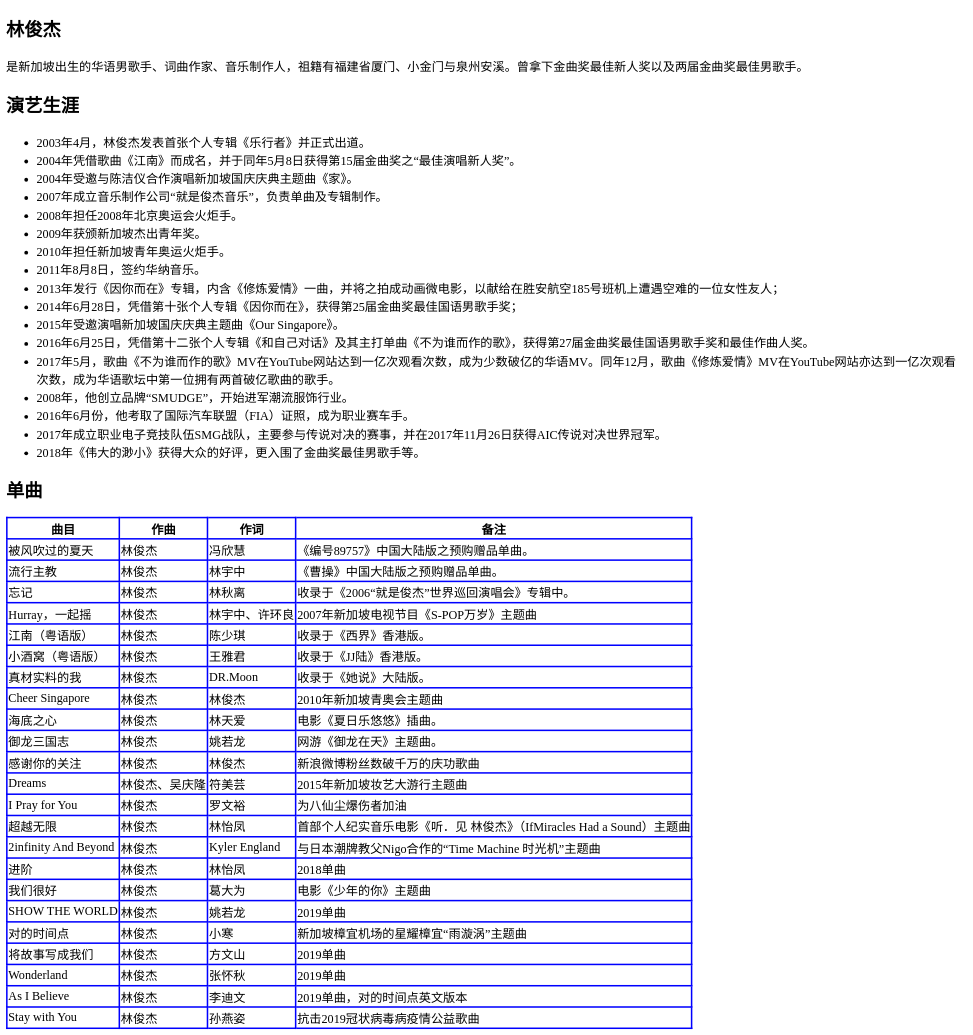
Repository: chenguocan/html_work
Page: html_work.html
These files come from the project's save history. The page is drawn as it stood at one moment and after the next save; the edit follows.
The browser window is 1280 px wide. The pictures show the whole page, at 76% of full size.

Above is the page before, as saved 2020-06-26 10:13:13.

After the next save:
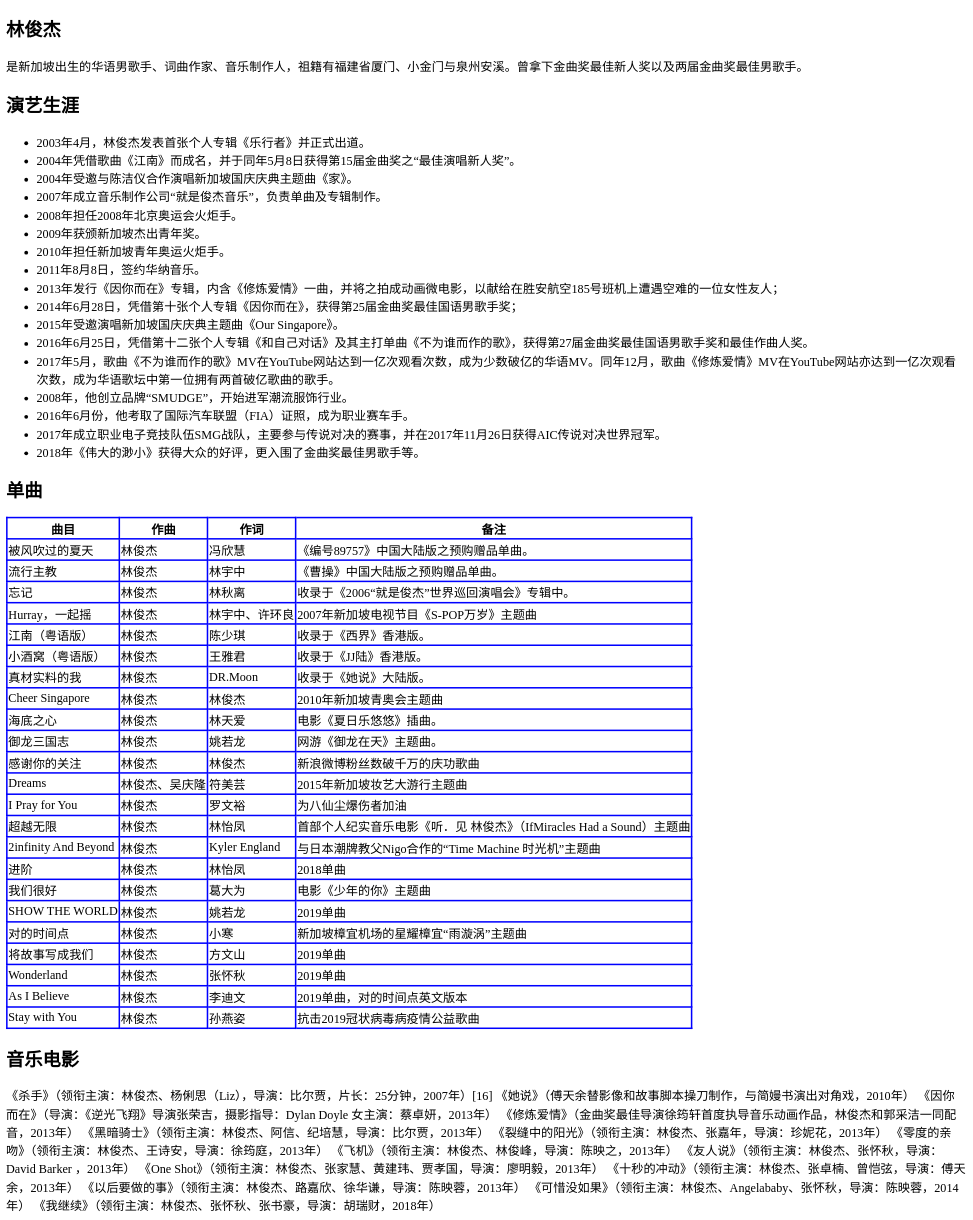
Saved 64 s later.
--- a/html_work.html
+++ b/html_work.html
@@ -214,6 +214,22 @@
           </tr>
         </tbody>
       </table>
+      <h2>音乐电影</h2>
+      《杀手》（领衔主演：林俊杰、杨俐思（Liz），导演：比尔贾，片长：25分钟，2007年）[16]
+      《她说》（傅天余替影像和故事脚本操刀制作，与简嫚书演出对角戏，2010年）
+      《因你 而在》（导演：《逆光飞翔》导演张荣吉，摄影指导：Dylan Doyle
+      女主演：蔡卓妍，2013年）
+      《修炼爱情》（金曲奖最佳导演徐筠轩首度执导音乐动画作品，林俊杰和郭采洁一同配音，2013年）
+      《黑暗骑士》（领衔主演：林俊杰、阿信、纪培慧，导演：比尔贾，2013年）
+      《裂缝中的阳光》（领衔主演：林俊杰、张嘉年，导演：珍妮花，2013年）
+      《零度的亲吻》（领衔主演：林俊杰、王诗安，导演：徐筠庭，2013年）
+      《飞机》（领衔主演：林俊杰、林俊峰，导演：陈映之，2013年）
+      《友人说》（领衔主演：林俊杰、张怀秋，导演：David Barker ，2013年） 《One
+      Shot》（领衔主演：林俊杰、张家慧、黄建玮、贾孝国，导演：廖明毅，2013年）
+      《十秒的冲动》（领衔主演：林俊杰、张卓楠、曾恺弦，导演：傅天余，2013年）
+      《以后要做的事》（领衔主演：林俊杰、路嘉欣、徐华谦，导演：陈映蓉，2013年）
+      《可惜没如果》（领衔主演：林俊杰、Angelababy、张怀秋，导演：陈映蓉，2014年）
+      《我继续》（领衔主演：林俊杰、张怀秋、张书豪，导演：胡瑞财，2018年）
     </section>
   </body>
 </html>
